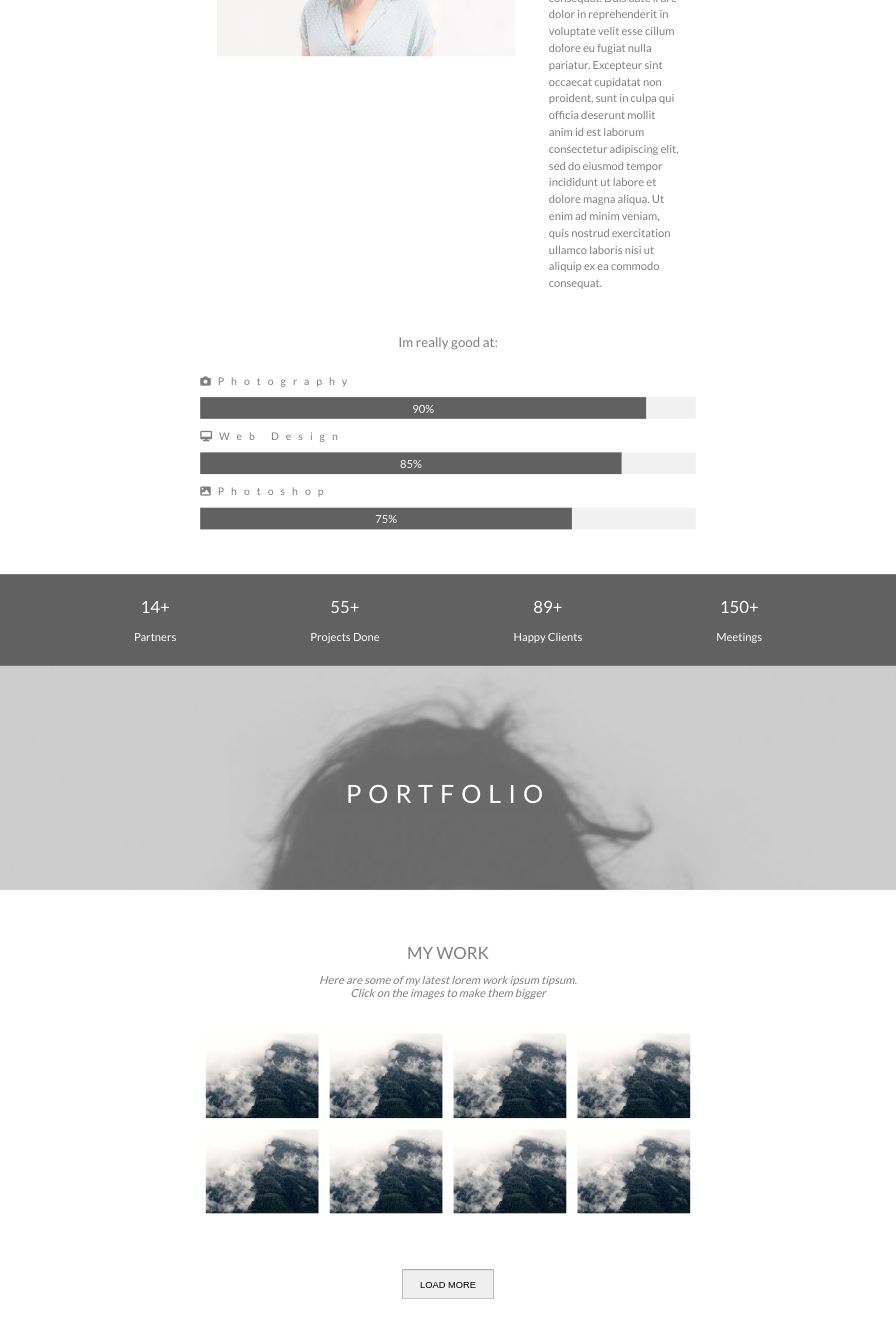
Repository: xd25vn/project-error
Page: index.html
The author's editor kept a copy of each file at every save. The page is drawn from the files as they stood at one save, then again after the next save.
The browser window is 1280 px wide. The pictures show the part of the page from y = 1016 to 2936 px (the page is 2936 px tall before and 2920 px after), at 70% of full size.

Above is the page before, as saved 2023-09-03 14:19:12.

### index.html
<html lang="en">
<head>
    <meta charset="UTF-8">
    <meta name="viewport" content="width=device-width, initial-scale=1.0">
    <title>TEMPLATE PARALLAX</title>
    <link rel="stylesheet" href="./assets/base.css">
    <link rel="stylesheet" href="./assets/main.css">
    <link rel="stylesheet" href="https://fonts.googleapis.com/css?family=Lato">
    <link rel="stylesheet" href="./assets/font/fontawesome-free-6.4.0-web/fontawesome-free-6.4.0-web/css/all.min.css">
</head>
<body>
    <!--! HEADER -->
    <header>
        <!--? NAV -->
        <ul id="nav">
            <li><a href="#">Home</a></li>
            <li><a href="#"><i class="fa-solid fa-user"></i>About</a></li>
            <li><a href="#"><i class="fa fa-th"></i>Portfolio</a></li>
            <li><a href="#"><i class="fa-solid fa-envelope"></i>contact</a></li>
        </ul>
        <div class="nav-icon-search">
            <i class="fa-solid fa-magnifying-glass"></i>
        </div>
        <!--? NAV -->
    </header>
    <!--! HEADER -->
    <!--& SIDEBAR -->
    <div id="sidebar">
        <div class="sidebar-img-one"></div>
        <div class="sidebar-text-one">
            <span>MY WEBSITE LOGO</span>
        </div>
    </div>
    <!-- & SIDEBAR -->
    <div id="content">
        <div id="about">
            <h3 class="heading-section">ABOUT ME</h3>
            <p class="sub-heading-section">I love photography</p>
            <p class="about-section">We have created a fictional "personal" website/blog, and our fictional character is a hobby photographer. Lorem ipsum dolor sit amet, consectetur adipiscing elit, sed do eiusmod tempor incididunt ut labore et dolore magna aliqua. Ut enim ad minim veniam, quis nostrud exercitation ullamco laboris nisi ut aliquip ex ea commodo consequat. Duis aute irure dolor in reprehenderit in voluptate velit esse cillum dolore eu fugiat nulla pariatur. Excepteur sint occaecat cupidatat non proident, sunt in culpa qui officia deserunt mollit anim id est laborum consectetur adipiscing elit, sed do eiusmod tempor incididunt ut labore et dolore magna aliqua. Ut enim ad minim veniam, quis nostrud exercitation ullamco laboris nisi ut aliquip ex ea commodo consequat.</p>

            <div id="per-dec-one">
                <div class="per-img-one">
                    <div class="heading-per-one">
                        <b><i class="fa fa-user w3-margin-right"></i>My Name</b>
                    </div>
                    <br>
                    <div class="per-img">
                        <img src="./assets/image/per-dec-img/avatar_hat.jpg" alt="AVATER HAT">
                    </div>
                </div>

                <div class="per-text-one">
                    <p>Welcome to my website. I am lorem ipsum consectetur adipiscing elit, sed do eiusmod tempor incididunt ut labore et dolore magna aliqua. Ut enim ad minim veniam, quis nostrud exercitation ullamco laboris nisi ut aliquip ex ea commodo consequat. Duis aute irure dolor in reprehenderit in voluptate velit esse cillum dolore eu fugiat nulla pariatur. Excepteur sint occaecat cupidatat non proident, sunt in culpa qui officia deserunt mollit anim id est laborum consectetur adipiscing elit, sed do eiusmod tempor incididunt ut labore et dolore magna aliqua. Ut enim ad minim veniam, quis nostrud exercitation ullamco laboris nisi ut aliquip ex ea commodo consequat.</p>
                </div>
            </div>

            <div class="rate">
                <div class="rate-heading-one">
                        <p>Im really good at:</p>
                </div>
                <div class="wrapper-rate">
                    <div class="rate-section">
                        <div class="rate-section-text-one">
                            <p><i class="fa-solid fa-camera"></i>Photography</p>
                        </div>
                        <div class="rate-section-bg">
                            <div class="rate-section-sub-bg-one">
                                <p>90%</p>
                            </div>
                        </div>
                    </div>

                    <div class="rate-section">
                        <div class="rate-section-text-one">
                            <p><i class="fa-sharp fa-solid fa-desktop"></i>Web Design</p>
                        </div>
                        <div class="rate-section-bg">
                            <div class="rate-section-sub-bg-two">
                                <p>85%</p>
                            </div>
                        </div>
                    </div>

                    <div class="rate-section">
                        <div class="rate-section-text-one">
                            <p><i class="fa-solid fa-image"></i>Photoshop</p>
                        </div>
                        <div class="rate-section-bg">
                            <div class="rate-section-sub-bg-three">
                                <p>75%</p>
                            </div>
                        </div>
                    </div>
                </div>
            </div>
        </div>

        <div class="sum-number">
            <div class="value-section">
                <p class="heading-value">14+</p><br>
                <p>Partners</p>
            </div>

            <div class="value-section">
                <p class="heading-value">55+</p><br>
                <p>Projects Done</p>
            </div>

            <div class="value-section">
                <p class="heading-value">89+</p><br>
                <p>Happy Clients</p>
            </div>

            <div class="value-section">
                <p class="heading-value">150+</p><br>
                <p>Meetings</p>
            </div>
        </div>

        <div class="portfolio">
            <div class="heading-text">
                <p>PORTFOLIO</p>
            </div>
        </div>

        <div id="my-work">
            <div class="heading-work-one">
                <h3>MY WORK</h3>
            </div>

            <div class="sub-heading-work-one">
                <p>Here are some of my latest lorem work ipsum tipsum.<br>
                    Click on the images to make them bigger</p>
            </div>
            <br>
            <div class="work-list-img">
                <div class="work-list-img-one">
                    <div class="work-img-com">
                        <img src="./assets/image/work-list-img/p1.jpg" style="width: 100%;" alt="NONE">
                    </div>

                    <div class="work-img-com">
                        <img src="./assets/image/work-list-img/p1.jpg" style="width: 100%;" alt="NONE">
                    </div>

                    <div class="work-img-com">
                        <img src="./assets/image/work-list-img/p1.jpg" style="width: 100%;" alt="NONE">
                    </div>

                    <div class="work-img-com">
                        <img src="./assets/image/work-list-img/p1.jpg" style="width: 100%;" alt="NONE">
                    </div>
                </div>
                <div class="work-list-img-two">
                    <div class="work-img-com">
                        <img src="./assets/image/work-list-img/p1.jpg" style="width: 100%;" alt="NONE">
                    </div>

                    <div class="work-img-com">
                        <img src="./assets/image/work-list-img/p1.jpg" style="width: 100%;" alt="NONE">
                    </div>

                    <div class="work-img-com">
                        <img src="./assets/image/work-list-img/p1.jpg" style="width: 100%;" alt="NONE">
                    </div>

                    <div class="work-img-com">
                        <img src="./assets/image/work-list-img/p1.jpg" style="width: 100%;" alt="NONE">
                    </div>
                </div>
                <div class="work-btn">
                    <button>LOAD MORE</button>
                </div>
            </div>
        </div>

        <div id="contact">

        </div>

        <div id="map-work">

        </div>
    </div>

    <footer id="footer">

    </footer>
</body>
</html>

### assets/base.css
* {
    margin: 0;
    padding: 0;
    box-sizing: border-box;
}
body {
    background-color: #fff;
    font-family: "Lato", sans-serif;
}

### assets/main.css
header {
    height: 43px;
    width: 100%;
    background-color: #fff;
    box-shadow: 0 0 10px rgba(0, 0, 0, 0.6);
    position: fixed;
    z-index: 1;
}

header #nav {
    display: flex;
    list-style: none;
    align-items: center;
    position: relative;
}

header #nav li {
    padding: 14px 16px;
    display: block;
}

header #nav li i {
    padding-right: 4px;
}

header
#nav
li a {
    text-decoration: none;
    color: #000;
    font-size: 15px;
    text-transform: uppercase;
}

header
#nav
li:hover {
    background: #ccc;
    cursor: pointer;
}

header
.nav-icon-search
i {
    position: absolute;
    top: 0;
    right: 0;
    padding: 14px 16px;
    text-align: center;
}

header .nav-icon-search:hover i {
    background-color: #f44336 !important;
    color: #fff;
    display: block;
    cursor: pointer;
}

#sidebar .sidebar-img-one {
    background: url(../assets/image/sidebar1.jpg) center / cover no-repeat;
    padding-top: calc(27% - 10.18px);
    opacity: 0.7;
    position: relative;
}

#sidebar .sidebar-text-one {
    background-color: #000 !important;
    position: absolute;
    padding: 12px 24px;
    left: 50%;
    transform: translateX(-50%);
    top: 23%;
    opacity: 0.8;
}

#sidebar .sidebar-text-one span {
    color: #fff;
    font-size: 24px;
    letter-spacing: 10;
}

#content #about {
    margin: 0px 270px;
    padding: 64px 16px;
}

#content #about .heading-section {
    margin: 10px 0px;
    font-size: 24px;
    font-weight: 400;
    text-align: center;
    opacity: 0.5;
}

#content #about .sub-heading-section {
    margin: 15px 0px;
    font-style: italic;
    text-align: center;
    opacity: 0.5;
}

#content #about .about-section {
    margin: 15px 0px;
    line-height: 1.8;
    opacity: 0.5;
}

#content #per-dec-one {
    display: flex;
}

#content #per-dec-one .per-img-one {
    padding: 12px 24px;
    text-align: center;
}

#content #per-dec-one .per-img-one .heading-per-one {
    margin: 15px 0px;
    font-size: 15px;
    opacity: 0.5;
}

#content #per-dec-one .per-img-one .heading-per-one i {
    padding-right: 8px;
}

#content #per-dec-one .per-img {
    width: 100%;
}

#content #per-dec-one .per-img img {
    height:  284px;
    width: 426px;
    opacity: 0.5;
}

#content #per-dec-one .per-img-one .per-img img:hover {
    opacity: 1;
}

#content #per-dec-one .per-text-one {
    margin: 15px 0;
    padding: 12px 24px;
    opacity: 0.5;
}

#content #per-dec-one .per-text-one p {
    line-height: 1.5;
}

#content .rate .rate-heading-one {
    margin: 18px 0px;
    padding: 16px 0px;
    text-align: center;
}

#content .rate .rate-heading-one p {
    font-size: 19px;
    opacity: 0.5;
}

.rate .rate-section .rate-section-text-one {
    margin: 15px 0;
}

.rate .rate-section .rate-section-text-one p {
    letter-spacing: 10px;
    font-size: 15px;
    opacity: 0.5;
}

.rate .rate-section .rate-section-bg {
    background-color: #f1f1f1;
    width: 100%;
}

.rate .rate-section .rate-section-bg .rate-section-sub-bg-one {
    background-color: #616161;
    width: 90%;
    padding: 6px 8px;
    text-align: center;
}

.rate .rate-section .rate-section-bg .rate-section-sub-bg-two {
    background-color: #616161;
    width: 85%;
    padding: 6px 8px;
    text-align: center;
}

.rate .rate-section .rate-section-bg .rate-section-sub-bg-three {
    background-color: #616161;
    width: 75%;
    padding: 6px 8px;
    text-align: center;
}

.rate .rate-section .rate-section-bg p {
    color: #fff;
}

#content .sum-number {
    display: flex;
    justify-content: space-evenly;
    background-color: #616161;
    padding: 16px 0px;
    text-align: center;
}

#content .sum-number .value-section {
    color: #fff;
    margin: 16px 0px;
}

#content .sum-number .value-section .heading-value {
    font-size: 24px;
}

#content .portfolio {
    background: url(../assets/image/parallax2.jpg) center / cover no-repeat;
    padding-top: 25%;
    width: 100%;
    opacity: 0.8;
    position: relative;
}

#content .portfolio .heading-text {
    position: absolute;
    top: 50%;
    left: 50%;
    transform: translateY(-50%);
    transform: translateX(-50%);
}

#content .portfolio .heading-text p {
    color: #fff;
    font-size: 36px;
    letter-spacing: 10px;
}

#content #my-work {
    margin: 0px 270px;
    padding: 64px 16px;
}

#content #my-work .heading-work-one {
    margin: 10px 0px;
    text-align: center;
}

#content #my-work .heading-work-one h3 {
    font-size: 24px;
    font-weight: 400;
    opacity: 0.5;
}

#content #my-work .sub-heading-work-one {
    text-align: center;
    margin: 15px 0px;
}

#content #my-work .sub-heading-work-one p {
    font-style: italic;
    opacity: 0.5;
}

#content #my-work .work-list-img .work-img-com {
    padding: 0px 8px;
    width: 25%;
}

#content #my-work .work-list-img .work-list-img-one {
    display: inline-flex;
    margin-top: 15px;
}

#content #my-work .work-list-img .work-list-img-two {
    display: inline-flex;
    margin: 16px 0px;
}

#content #my-work .work-btn {
    margin-top: 64px;
    text-align: center;
}

#content #my-work .work-btn button {
    padding: 12px 24px;
}

Loaded but not shown: assets/font/fontawesome-free-6.4.0-web/fontawesome-free-6.4.0-web/css/all.min.css (library)

After the next save:
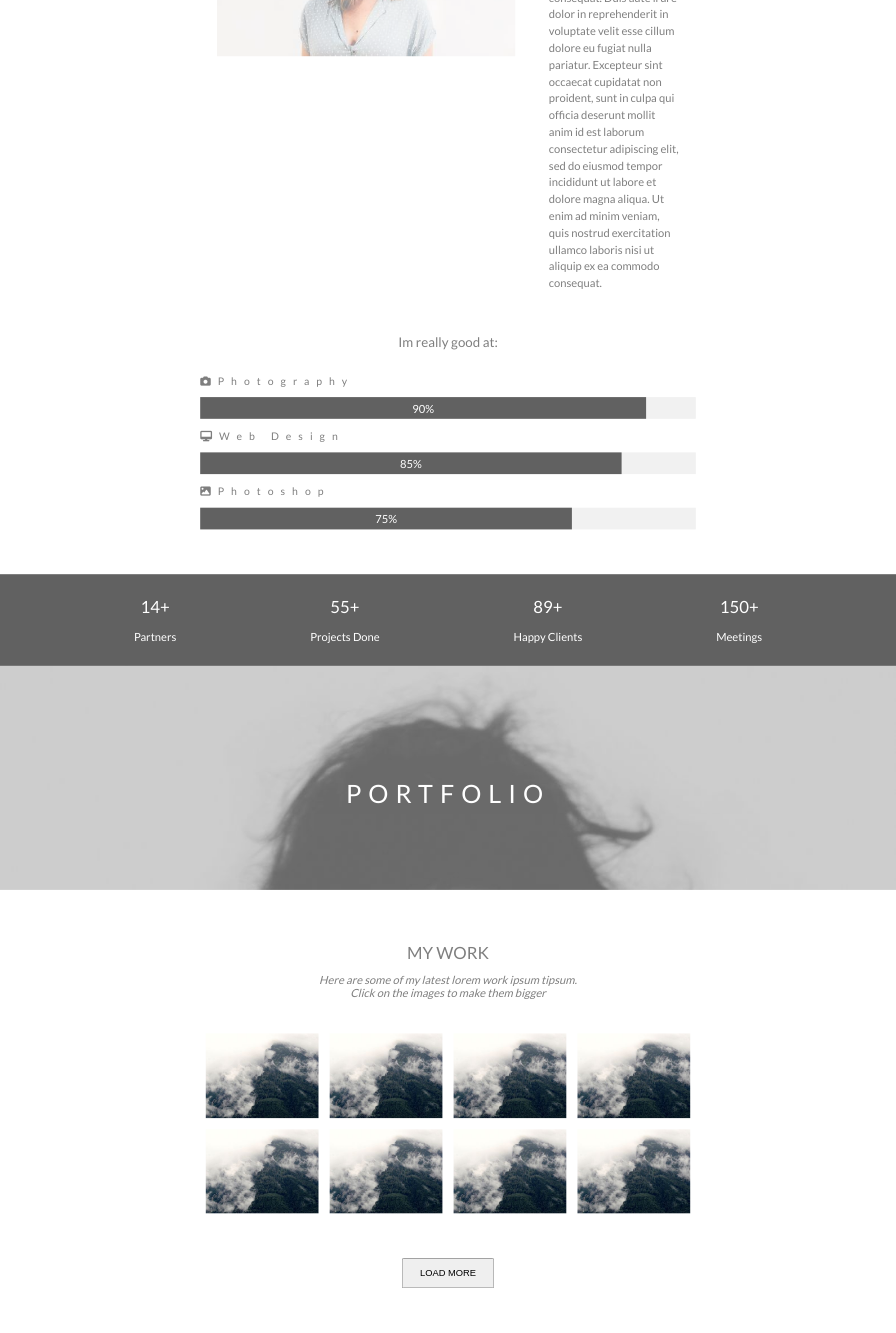
Saved 23 s later.
--- a/assets/main.css
+++ b/assets/main.css
@@ -276,7 +276,7 @@ header .nav-icon-search:hover i {
 
 #content #my-work .work-list-img .work-list-img-two {
     display: inline-flex;
-    margin: 16px 0px;
+    margin-top: 16px;
 }
 
 #content #my-work .work-btn {
